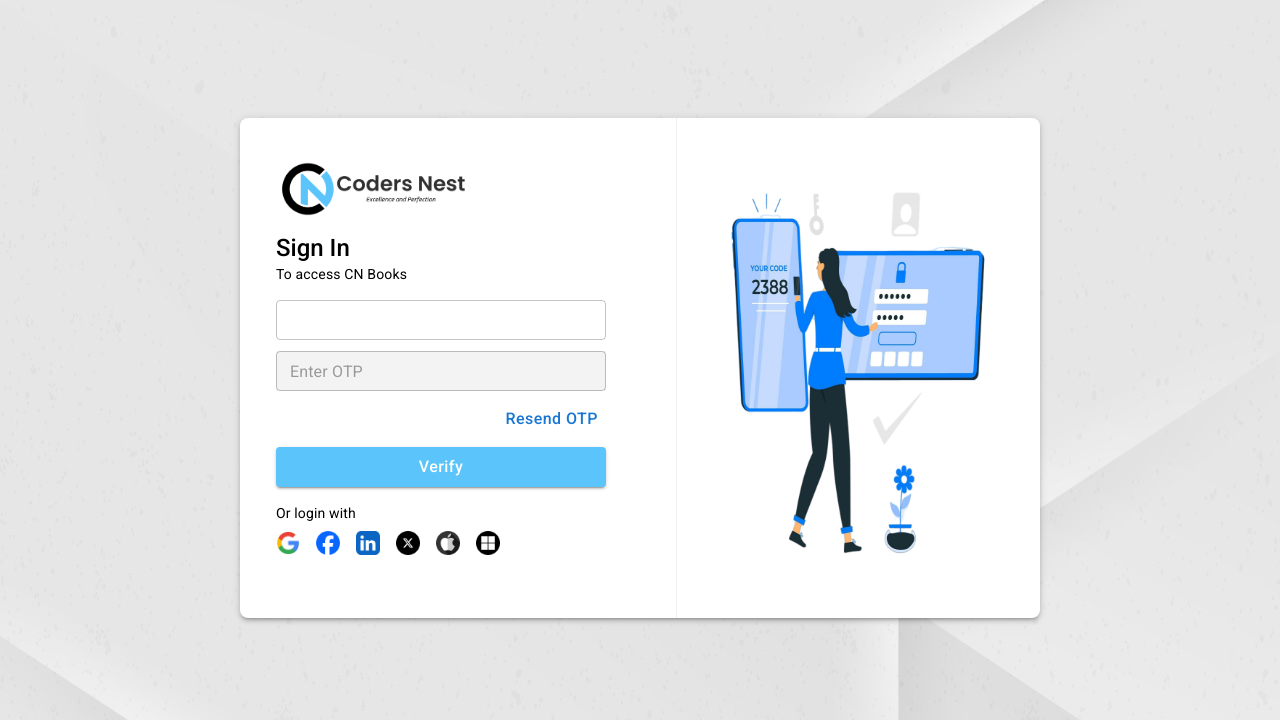
Repository: wajahadalishaik04/CN_Books
Page: /otpscreen
The author's editor kept a copy of each file at every save. The page is drawn from the files as they stood at one save, then again after a run of saves.
The browser window is 1280 px wide. The pictures show the whole page.
The project was rebuilt for these pictures with package versions that can differ from the ones it lists, and the page was loaded fresh each time. Also part of the build but not shown: vite.config.js, src/pages/LoginScreen.jsx, src/pages/Signin.jsx, src/pages/SignUp.jsx, src/pages/VerifyScreen.jsx, src/components/Header.jsx, src/components/SideBar.jsx, src/components/Content.jsx and 7 more.

Above is the page before, as saved 2024-09-30 18:16:49.

After the next 2 saves:
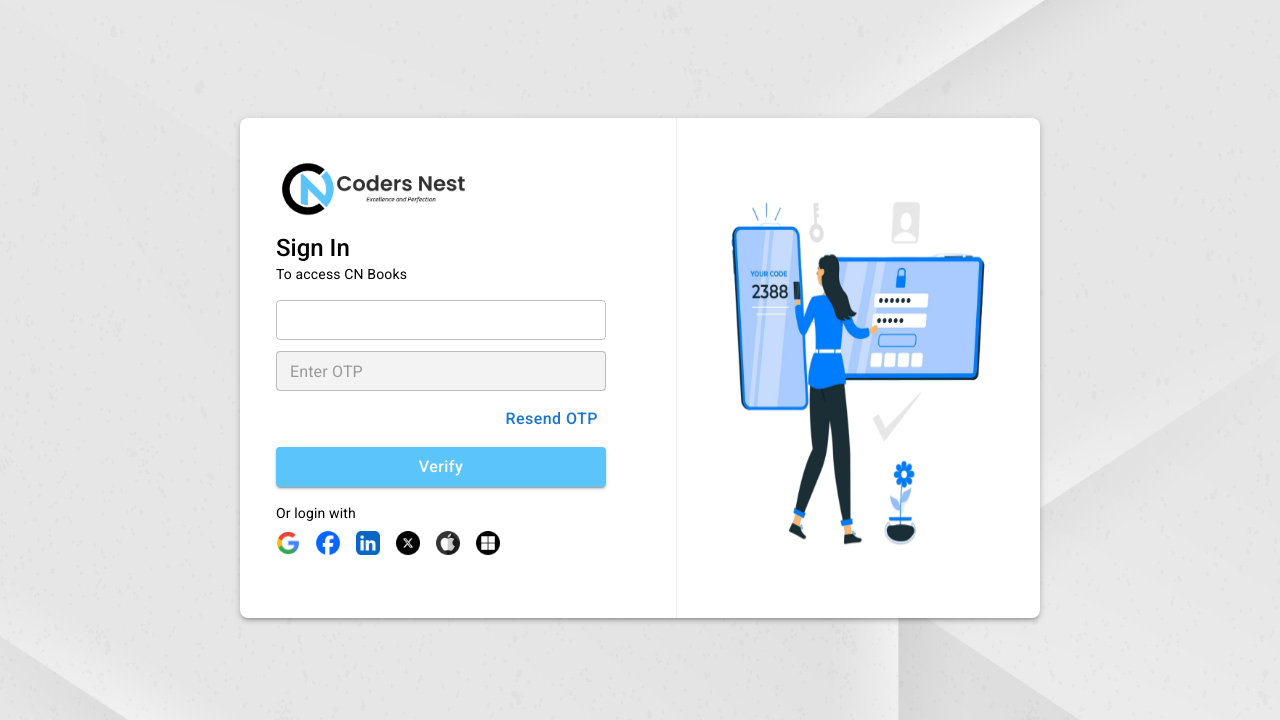
The 2 saves are shown as one change because they came seconds apart.
The last was saved 18 s later.
--- a/src/pages/OtpScreen.jsx
+++ b/src/pages/OtpScreen.jsx
@@ -247,7 +247,7 @@ const OtpScreen = () => {
             src={images.otpImg}
             alt="Illustration"
             width="100%"
-            height="100%"
+            height="95%"
             objectFit="cover"
           />
         </Box>
